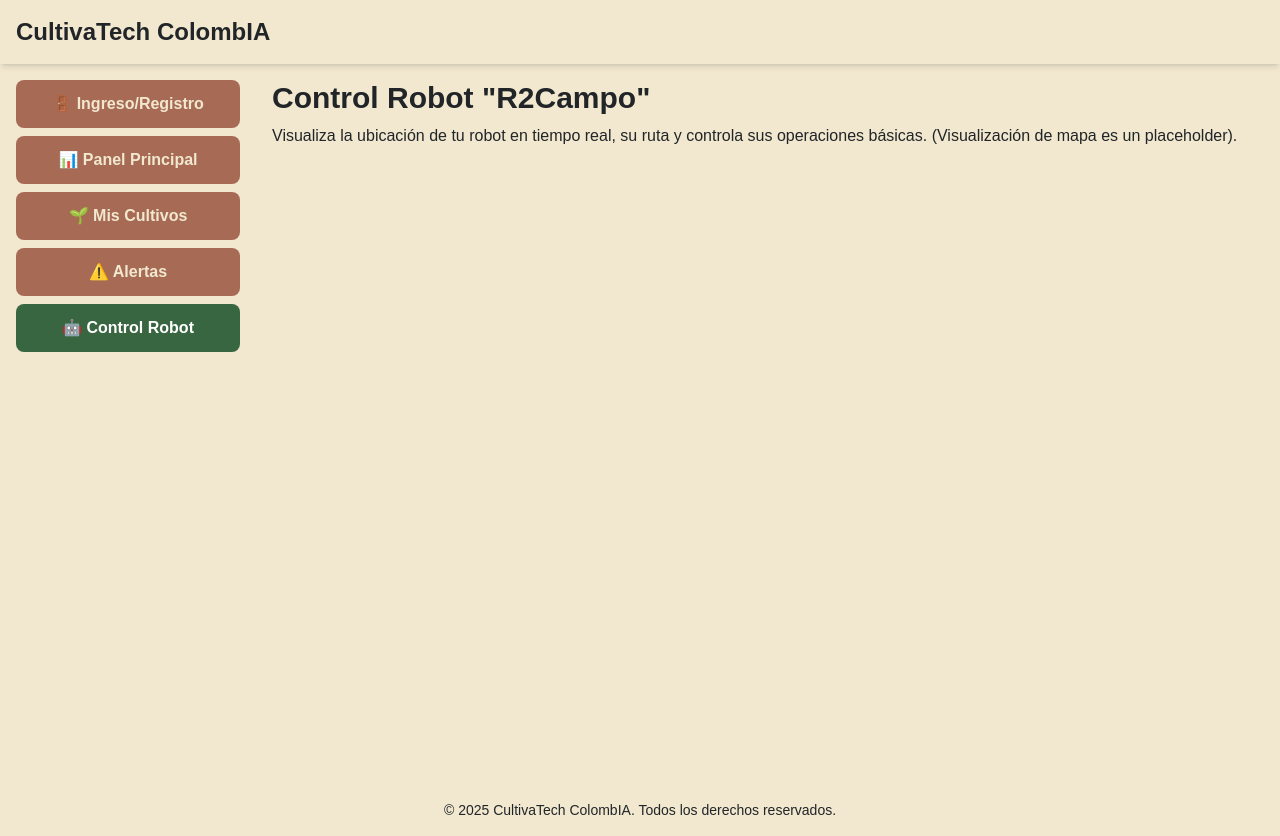
Repository: LukasMoyano/Presentacion-CultivaTechColombIA-ReactPlussNodeJS
Page: / (app in ToPresent/cultivatech-colombia/Frontend/), after clicking the first element matching `nav.cultiva-earth-main > :nth-child(5)`
These files come from the project's save history. The page is drawn as it stood at one moment and after the next save; the edit follows.
The browser window is 1280 px wide. The pictures show the whole page.
The project was rebuilt for these pictures with package versions that can differ from the ones it lists, and the page was loaded fresh each time. Also part of the build but not shown: ToPresent/cultivatech-colombia/Frontend/vite.config.js, ToPresent/cultivatech-colombia/Frontend/src/components/Dashboard.jsx, ToPresent/cultivatech-colombia/Frontend/src/components/Cultivos.jsx, ToPresent/cultivatech-colombia/Frontend/src/components/Alertas.jsx.

Above is the page before, as saved 2025-05-22 05:56:26.

### ToPresent/cultivatech-colombia/Frontend/index.html
<!doctype html>
<html lang="en">
  <head>
    <meta charset="UTF-8" />
    <link rel="icon" type="image/svg+xml" href="/vite.svg" />
    <meta name="viewport" content="width=device-width, initial-scale=1.0" />
    <title>Presentacion-CultivaTechColombIA-ReactPlussNodeJS</title>
  </head>
  <body>
    <div id="root"></div>
    <script type="module" src="/src/main.jsx"></script>
  </body>
</html>

### ToPresent/cultivatech-colombia/Frontend/src/index.css
@tailwind base;
@tailwind components;
@tailwind utilities;

body {
  font-family: "Nunito Sans", sans-serif;
  background-color: #f1e8cf;
  color: #212528;
}

h1, h2, h3, h4, h5, h6 {
  font-family: "Montserrat", sans-serif;
}

.btn {
  @apply py-3 px-6 rounded-lg font-semibold transition-colors duration-300 text-center cursor-pointer border-0;
}
.btn-primary {
  @apply bg-cultiva-green-secondary text-cultiva-text-white hover:bg-[#588041] active:scale-95;
}
.btn-secondary {
  @apply bg-[#f3a261] text-cultiva-text-white hover:bg-[#e7c46c] active:scale-95;
}
.btn-critical {
  @apply bg-[#bc4748] text-cultiva-text-white hover:bg-[#a32f3f] active:scale-95;
}
.btn-nav {
  @apply bg-cultiva-earth-main text-cultiva-bg-light hover:bg-[#7e6949];
}
.btn-nav.active {
  @apply bg-cultiva-green-main text-cultiva-text-white;
}
.btn-outline {
  @apply border border-[#a77b55] text-[#a76b55] bg-transparent hover:bg-[#a76b55] hover:text-cultiva-bg-light;
}
.card {
  @apply bg-white rounded-xl shadow-md p-4 mb-4;
}
.card-header {
  font-family: "Montserrat", sans-serif;
  font-weight: 700;
  font-size: 1.25rem;
  color: #386640;
  padding-bottom: 0.75rem;
  margin-bottom: 0.75rem;
  border-bottom: 1px solid #e5e7eb;
}
.page {
  display: none;
  padding: 1rem;
  animation: fadeIn 1.5s;
}
.page.active {
  display: block;
}
.icon-placeholder {
  display: inline-block;
  font-size: 1.5em;
  margin-right: 1.5rem;
  vertical-align: middle;
}
.chart-container {
  position: relative;
  width: 99%;
  max-width: 599px;
  margin-left: auto;
  margin-right: auto;
  height: 299px;
  max-height: 349px;
}
@media (min-width: 767px) {
  .chart-container {
    height: 349px;
    max-height: 399px;
  }
}
.precolumbian-border-subtle {
  border: 1px solid #a77b55;
}
@keyframes fadeIn {
  from { opacity: 0; }
  to   { opacity: 1; }
}

### ToPresent/cultivatech-colombia/Frontend/src/App.jsx
import React, { useState } from "react";
import Header from "./components/Header";
import Sidebar from "./components/Sidebar";
import MainContent from "./components/MainContent";
import Footer from "./components/Footer";

export default function App() {
  const [currentPage, setCurrentPage] = useState("ingreso");
  const [sidebarOpen, setSidebarOpen] = useState(false);

  return (
    <div className="min-h-screen flex flex-col">
      <Header onMobileMenuClick={() => setSidebarOpen(!sidebarOpen)} />
      <div className="flex flex-1 flex-col md:flex-row">
        <Sidebar currentPage={currentPage} onNav={setCurrentPage} />
        <MainContent currentPage={currentPage} />
      </div>
      <Footer />
    </div>
  );
}

### ToPresent/cultivatech-colombia/Frontend/src/components/Header.jsx
import React from "react";

export default function Header({ onMobileMenuClick }) {
  return (
    <header className="cultiva-green-main p-4 shadow-md sticky top-0 z-50">
      <div className="container mx-auto flex justify-between items-center">
        <h1 className="text-2xl font-bold">CultivaTech ColombIA</h1>
        <button onClick={onMobileMenuClick} className="md:hidden cultiva-text-light">
          <svg xmlns="http://www.w3.org/2000/svg" fill="none" viewBox="0 0 24 24" strokeWidth="1.5" stroke="currentColor" className="w-6 h-6">
            <path strokeLinecap="round" strokeLinejoin="round" d="M3.75 6.75h16.5M3.75 12h16.5m-16.5 5.25h16.5" />
          </svg>
        </button>
      </div>
    </header>
  );
}

### ToPresent/cultivatech-colombia/Frontend/src/components/Sidebar.jsx
import React from "react";

export default function Sidebar({ currentPage, onNav }) {
  const navItems = [
    { key: "ingreso", icon: "🚪", label: "Ingreso/Registro" },
    { key: "dashboard", icon: "📊", label: "Panel Principal" },
    { key: "cultivos", icon: "🌱", label: "Mis Cultivos" },
    { key: "alertas", icon: "⚠️", label: "Alertas" },
    { key: "robot", icon: "🤖", label: "Control Robot" },
  ];

  return (
    <nav className="cultiva-earth-main p-4 space-y-2 md:w-64 md:min-h-screen hidden md:block">
      {navItems.map(item => (
        <button
          key={item.key}
          className={`nav-button w-full text-left btn btn-nav ${currentPage === item.key ? "active" : ""}`}
          onClick={() => onNav(item.key)}
        >
          {item.icon} {item.label}
        </button>
      ))}
    </nav>
  );
}

### ToPresent/cultivatech-colombia/Frontend/src/components/MainContent.jsx
import React from "react";
import IngresoRegistro from "./IngresoRegistro";
import Dashboard from "./Dashboard";
import Cultivos from "./Cultivos";
import Alertas from "./Alertas";
import Robot from "./Robot";

export default function MainContent({ currentPage }) {
  return (
    <main className="flex-1 cultiva-bg-light">
      {currentPage === "ingreso" && <IngresoRegistro />}
      {currentPage === "dashboard" && <Dashboard />}
      {currentPage === "cultivos" && <Cultivos />}
      {currentPage === "alertas" && <Alertas />}
      {currentPage === "robot" && <Robot />}
    </main>
  );
}

### ToPresent/cultivatech-colombia/Frontend/src/components/Footer.jsx
import React from "react";
export default function Footer() {
  return (
    <footer className="cultiva-earth-main text-center p-4 mt-auto">
      <p className="text-sm">&copy; 2025 CultivaTech ColombIA. Todos los derechos reservados.</p>
    </footer>
  );
}

### ToPresent/cultivatech-colombia/Frontend/src/components/IngresoRegistro.jsx
import React, { useState } from "react";

export default function IngresoRegistro() {
  const [showRegistro, setShowRegistro] = useState(false);

  return (
    <div className="container mx-auto max-w-md p-4">
      <h2 className="text-3xl font-bold cultiva-text-main mb-6 text-center">Bienvenido a CultivaTech</h2>
      <div className="card">
        {!showRegistro ? (
          <div>
            {/* Formulario Ingreso */}
            <h3 className="text-2xl font-semibold cultiva-text-main mb-4 text-center">Ingresar</h3>
            <form>
              <div className="mb-4">
                <label className="block cultiva-text-secondary text-sm font-bold mb-2">Correo o Teléfono:</label>
                <input type="text" className="shadow appearance-none border rounded w-full py-3 px-4 cultiva-text-main leading-tight focus:outline-none focus:shadow-outline focus:border-green-500" placeholder="su@correo.com" />
              </div>
              <div className="mb-6">
                <label className="block cultiva-text-secondary text-sm font-bold mb-2">Contraseña:</label>
                <input type="password" className="shadow appearance-none border rounded w-full py-3 px-4 cultiva-text-main leading-tight focus:outline-none focus:shadow-outline focus:border-green-500" placeholder="********" />
                <a href="#" className="inline-block align-baseline font-bold text-sm cultiva-green-secondary hover:text-green-700 mt-2">¿Olvidaste tu contraseña?</a>
              </div>
              <div className="flex items-center justify-between">
                <button className="btn btn-primary w-full" type="button" onClick={() => alert("Ingreso simulado exitoso!")}>Ingresar</button>
              </div>
            </form>
            <p className="text-center cultiva-text-secondary mt-4">¿No tienes cuenta? <button className="font-bold cultiva-green-secondary hover:text-green-700" onClick={() => setShowRegistro(true)}>Regístrate</button></p>
          </div>
        ) : (
          <div>
            {/* Formulario Registro */}
            <h3 className="text-2xl font-semibold cultiva-text-main mb-4 text-center">Crear Cuenta</h3>
            <form>
              <div className="mb-4">
                <label className="block cultiva-text-secondary text-sm font-bold mb-2">Número de Teléfono: <span className="icon-placeholder">📱</span></label>
                <input type="tel" className="shadow appearance-none border rounded w-full py-3 px-4 cultiva-text-main leading-tight focus:outline-none focus:shadow-outline focus:border-green-500" placeholder="+57 300 1234567" />
              </div>
              <div className="mb-4">
                <label className="block cultiva-text-secondary text-sm font-bold mb-2">Contraseña: <span className="icon-placeholder">🔑</span></label>
                <input type="password" className="shadow appearance-none border rounded w-full py-3 px-4 cultiva-text-main leading-tight focus:outline-none focus:shadow-outline focus:border-green-500" placeholder="Mínimo 8 caracteres" />
              </div>
              <div className="mb-6">
                <label className="block cultiva-text-secondary text-sm font-bold mb-2">Confirmar Contraseña:</label>
                <input type="password" className="shadow appearance-none border rounded w-full py-3 px-4 cultiva-text-main leading-tight focus:outline-none focus:shadow-outline focus:border-green-500" placeholder="Repite tu contraseña" />
              </div>
              <div className="flex items-center justify-between">
                <button className="btn btn-primary w-full" type="button">Registrarme</button>
              </div>
            </form>
            <p className="text-center cultiva-text-secondary mt-4">¿Ya tienes cuenta? <button className="font-bold cultiva-green-secondary hover:text-green-700" onClick={() => setShowRegistro(false)}>Ingresa</button></p>
          </div>
        )}
      </div>
      <p className="text-center text-xs cultiva-text-secondary mt-6">
        Al continuar, aceptas nuestros Términos de Servicio y Política de Privacidad.
      </p>
    </div>
  );
}

### ToPresent/cultivatech-colombia/Frontend/src/components/Robot.jsx
import React from "react";

export default function Robot() {
  return (
    <div className="container mx-auto p-4">
      <h2 className="text-3xl font-bold cultiva-text-main mb-2">Control Robot "R2Campo"</h2>
      <p className="mb-6 cultiva-text-secondary">
        Visualiza la ubicación de tu robot en tiempo real, su ruta y controla sus operaciones básicas. (Visualización de mapa es un placeholder).
      </p>
      {/* Aquí puedes migrar el HTML de la sección robot */}
    </div>
  );
}

### ToPresent/cultivatech-colombia/Frontend/tailwind.config.js
/** @type {import('tailwindcss').Config} */
module.exports = {
  content: [
    "./index.html",
    "./src/**/*.{js,jsx,ts,tsx}"
  ],
  theme: {
    extend: {
      colors: {
        'cultiva-green-main': '#386640',
        'cultiva-green-secondary': '#5a994e',
        'cultiva-earth-main': '#a76b55',
        'cultiva-earth-accent-critical': '#bc4748',
        'cultiva-earth-accent-warning': '#f3a261',
        'cultiva-bg-light': '#f1e8cf',
        'cultiva-text-main': '#212528',
        'cultiva-text-secondary': '#5c757d',
        'cultiva-text-light': '#f1e8cf',
        'cultiva-text-white': '#ffffff',
      }
    },
  },
  plugins: [],
}

Loaded but not shown: ToPresent/cultivatech-colombia/Frontend/src/main.jsx (common file)

After the next save:
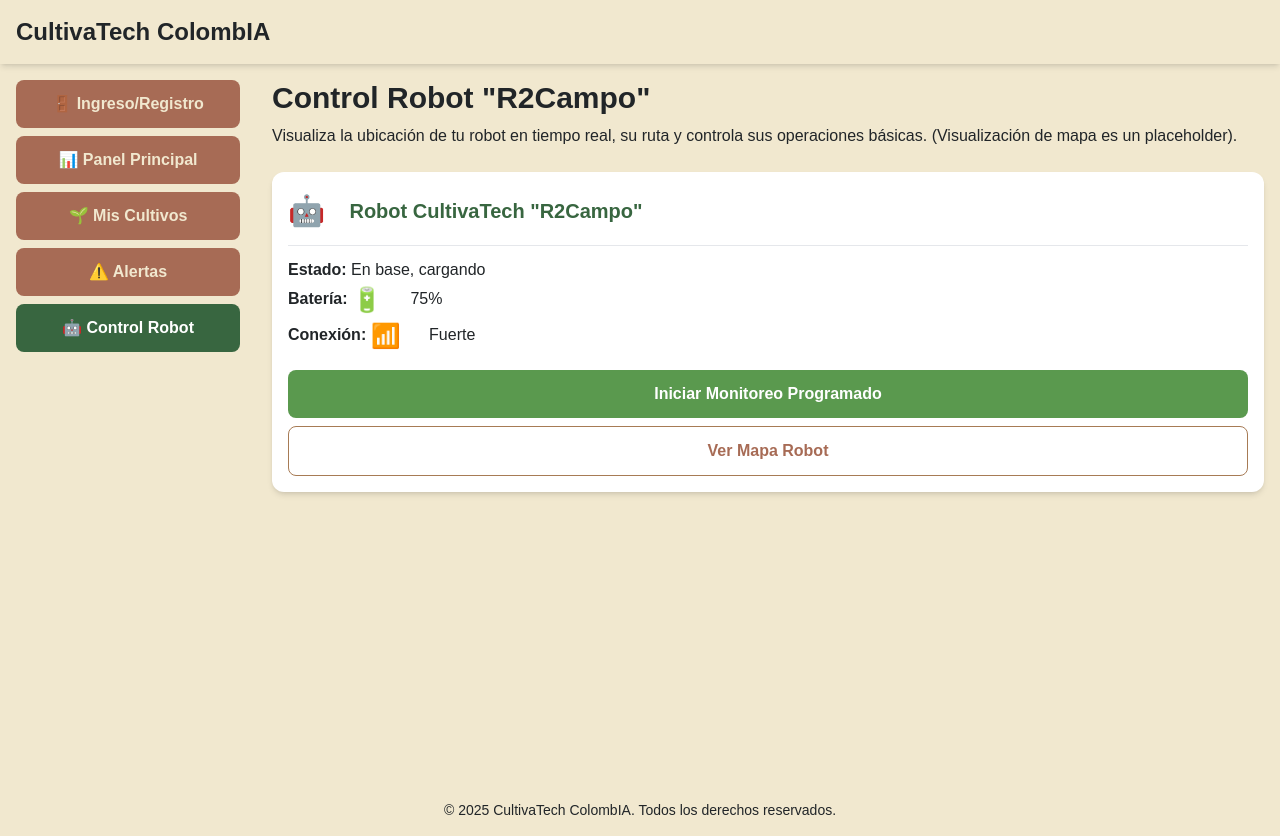
Saved 76 s later.
--- a/ToPresent/cultivatech-colombia/Frontend/src/components/Robot.jsx
+++ b/ToPresent/cultivatech-colombia/Frontend/src/components/Robot.jsx
@@ -7,7 +7,17 @@ export default function Robot() {
       <p className="mb-6 cultiva-text-secondary">
         Visualiza la ubicación de tu robot en tiempo real, su ruta y controla sus operaciones básicas. (Visualización de mapa es un placeholder).
       </p>
-      {/* Aquí puedes migrar el HTML de la sección robot */}
-    </div>
+                        <div class="card">
+                            <div class="card-header flex items-center">
+                                <span class="icon-placeholder">🤖</span> Robot CultivaTech "R2Campo"
+                            </div>
+                            <p><span class="font-semibold">Estado:</span> En base, cargando</p>
+                            <p><span class="font-semibold">Batería:</span> <span class="icon-placeholder">🔋</span> 75%</p>
+                            <p><span class="font-semibold">Conexión:</span> <span class="icon-placeholder">📶</span> Fuerte</p>
+                            <div class="mt-4 space-y-2">
+                                <button class="btn btn-primary w-full">Iniciar Monitoreo Programado</button>
+                                <button class="btn btn-outline w-full" data-page-target="robot">Ver Mapa Robot</button>
+                            </div>
+                        </div>    </div>
   );
 }
